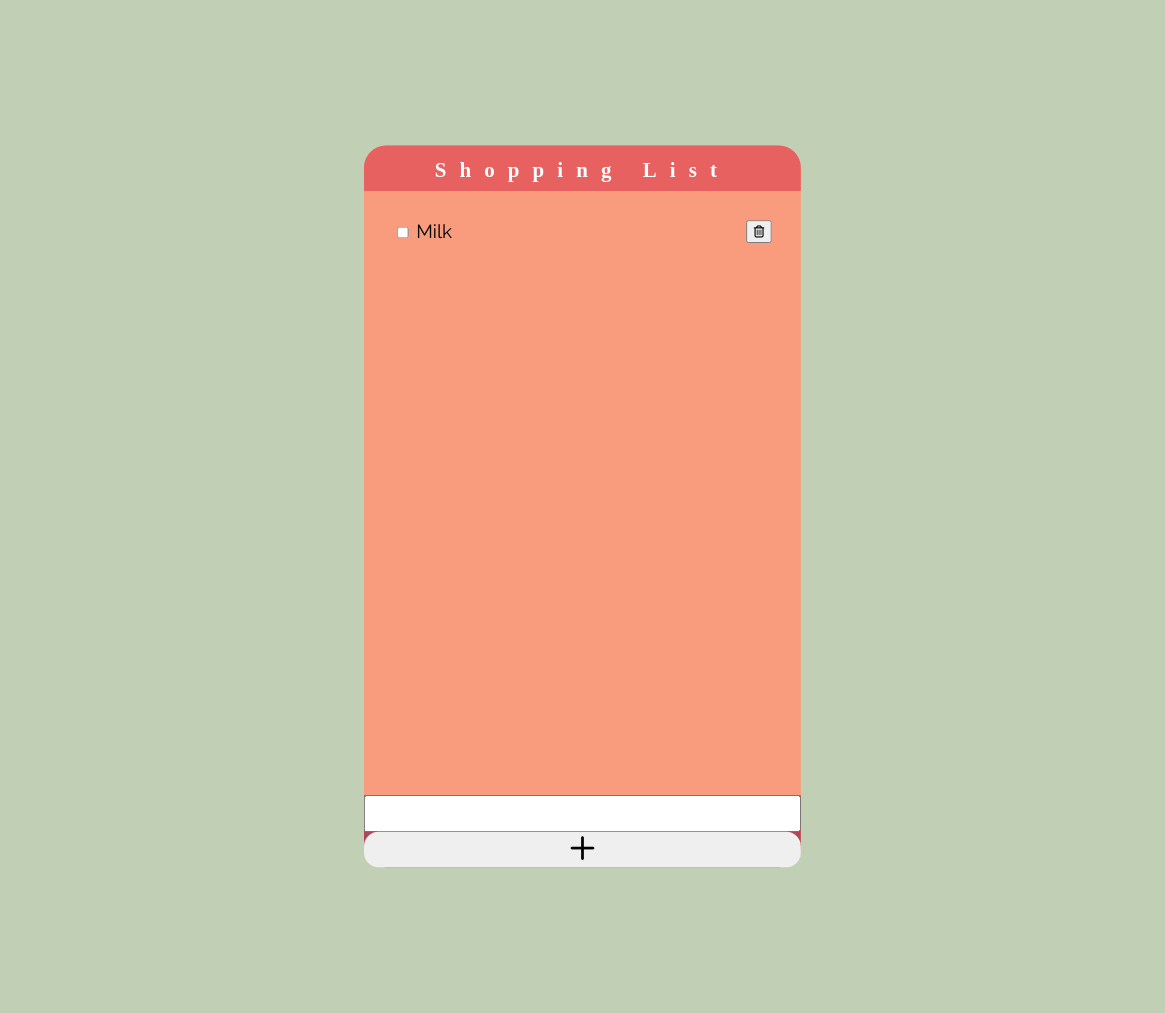
Repository: sephinejo/shopping-list-app
Page: index.html
An editor plug-in stored every save of this project. The page is shown before and after the next save, followed by the edit.
The browser window is 1280 px wide. The pictures show the whole page, at 91% of full size.
Some web fonts or font styles are not loaded; a fallback is used. Some web libraries are served in a nearby version.

Above is the page before, as saved 2023-05-12 11:12:08.

After the next save:
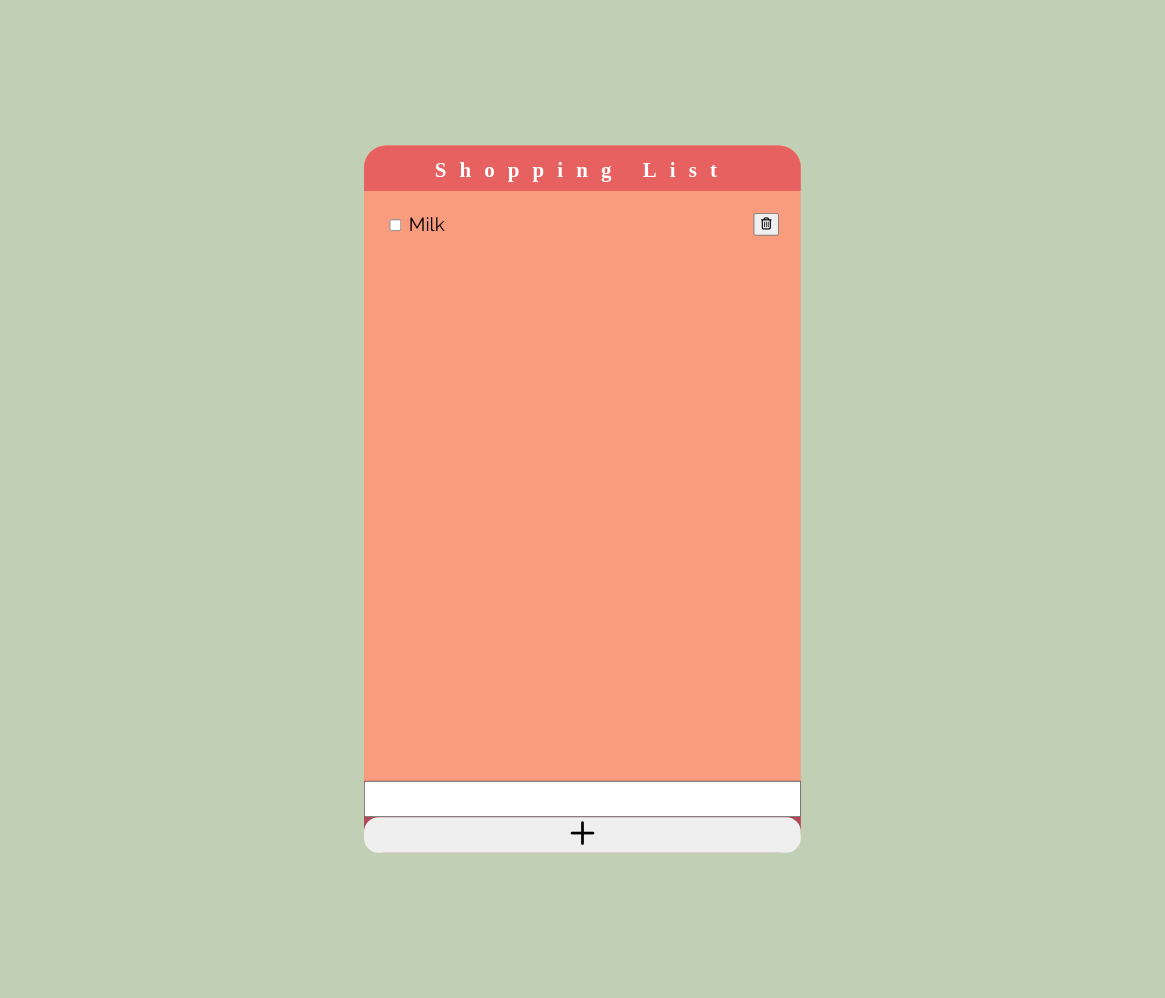
Saved 8 s later.
--- a/style.css
+++ b/style.css
@@ -29,7 +29,7 @@ body {
 .items {
   height: 600px;
   overflow-y: auto;
-  margin: 2rem 2rem;
+  margin: 1.5rem 1.5rem;
   padding: 0;
 }
 
